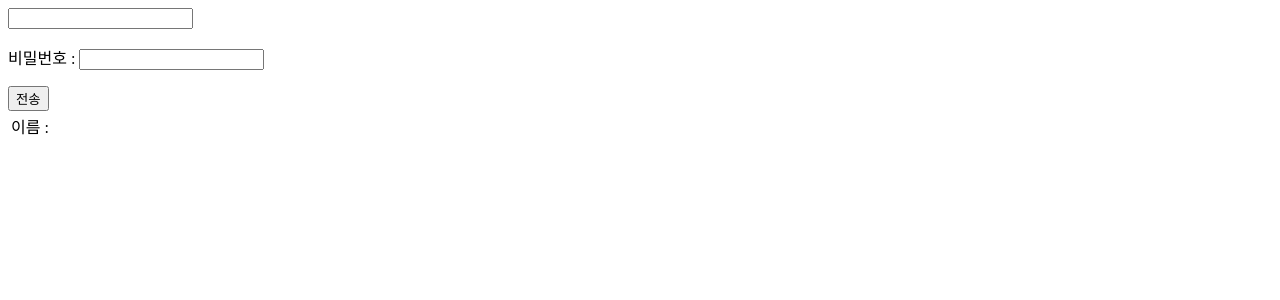
Repository: sunyeongan/Univ_lecture
Page: WebSever_2022/work/week9/week9/src/main/webapp/ex.html
These files come from the project's save history. The page is drawn as it stood at one moment and after the next save; the edit follows.
The browser window is 1280 px wide. The pictures show the whole page.

Above is the page before, as saved 2022-04-26 02:20:12.

After the next save:
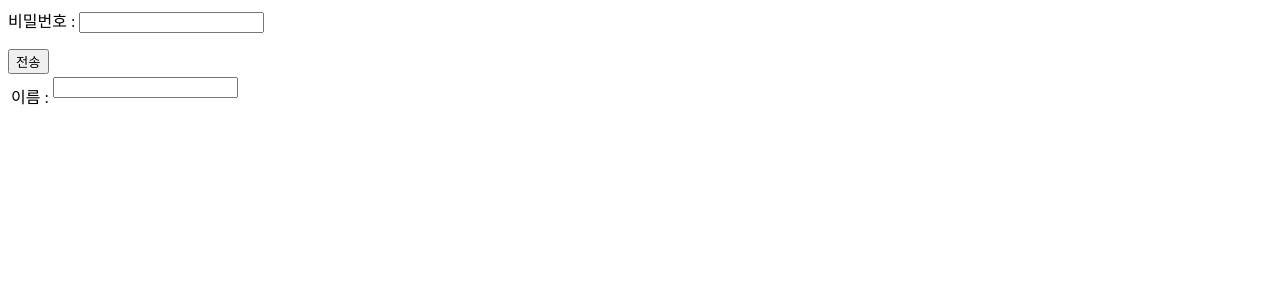
Saved 19 s later.
--- a/WebSever_2022/work/week9/week9/src/main/webapp/ex.html
+++ b/WebSever_2022/work/week9/week9/src/main/webapp/ex.html
@@ -7,7 +7,8 @@
 <body>
 <form method = "post" action="ex1.jsp">
 	<table>
-	<tr> <td>이름 :</td> <input type = "text" name = "name"><p></tr>
+	<tr> <td>이름 :</td>
+	<td><input type = "text" name = "name"><p></td></tr>
 	<tr>비밀번호 : <input type =text" name = "passwd"><p></tr>
 	<input type = "submit" value = "전송">
 	</table>
